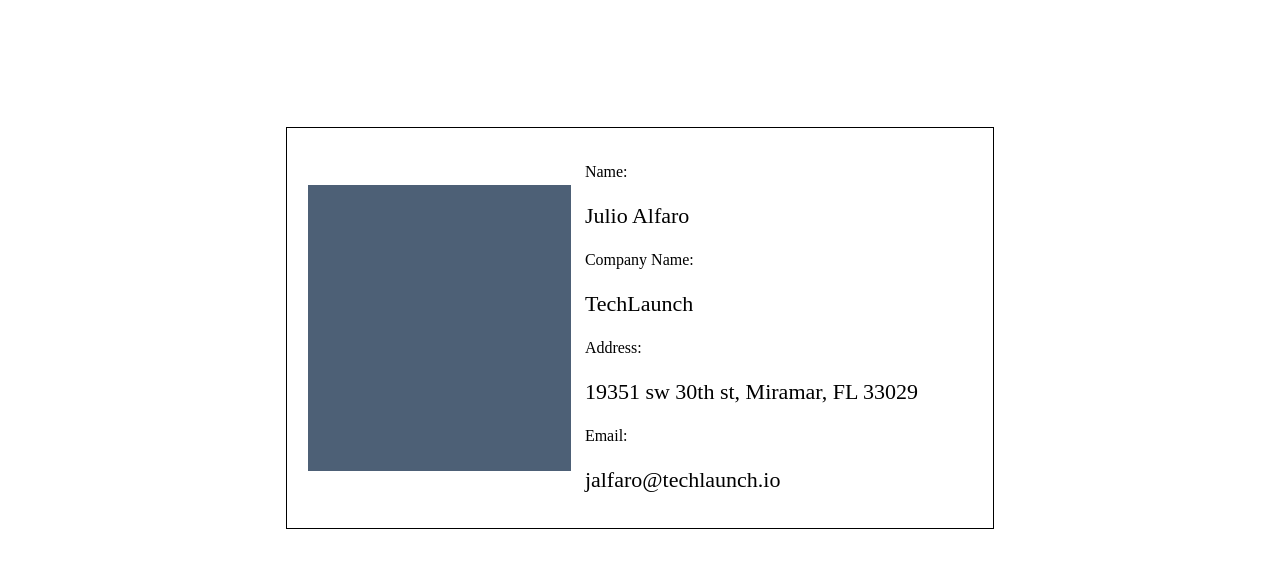
Repository: Juliolikescoding/WEB1100_invoice_app
Page: index.html
The author's editor kept a copy of each file at every save. The page is drawn from the files as they stood at one save, then again after the next save.
The browser window is 1280 px wide. The pictures show the whole page.
Some web fonts or font styles are not loaded; a fallback is used.

Above is the page before, as saved 2018-05-16 22:24:11.

### index.html
<!DOCTYPE html>
<html lang="es">
<head>
    <meta charset="UTF-8">
    <meta name="viewport" content="width=device-width, initial-scale=1.0">
    <meta http-equiv="X-UA-Compatible" content="ie=edge">
    <link href="https://fonts.googleapis.com/css?family=Nobile" rel="stylesheet">
    <title>Invoice App</title>
    <style>
        body{
            margin: 10% 4% 4% 4%;
        }
        .userContainer{
            display: flex;
            height: 25em;
            align-items: center;
            justify-content: center;
        }
        .invoiceContainer{
            margin-top: 4em;
            display: flex;
            flex-wrap: wrap;
            width:100%;
            height: auto;
        }
        .userProfile{
            border: 1px solid black;
            display: flex;
            width: 60%;
            height: 100%;
        }
        .user{
            height: auto;
        }
        #picContainer{
            width: 40%;
            margin: 8% 0% 8% 3%;
            background-color: #4D6076;
        }
        #infoContainer{
            margin: 5% 2% 2% 2%;
            width: 60%;
            font-family: Nobile;
	        font-size: 16px;
        }
        p{
            font-size: 22px;
        }
        img{
            position: relative;
            width: 100%;
            height: 100%;
        }
        .invoice{
            border: 1px solid black;
            margin: 6% 3% 0% 3%;
            padding: 2%;
            width: 250px;
            height: auto;

        }
        .invoice > p{
            position: relative;
            margin: 5px;
            left: 25%;
            font-size: 18px;
        }
    </style>
</head>
<body>
     <div class="userContainer">
         <div class="userProfile">
             <div class="user" id="picContainer"></div>
             <div class="user" id="infoContainer">
                 Name:
                 <p class="name"></p>
                 Company Name:
                 <p class="companyName"></p>
                 Address:
                 <p class="address"></p>
                 Email:
                 <p class="email"></p>
             </div>
         </div>
     </div>
    <script>
        //Fake it til you make it Database
        var user = {
            name:"Julio Alfaro" ,
            companyName:"TechLaunch" ,
            address: "19351 sw 30th st, Miramar, FL 33029",
            email:"jalfaro@techlaunch.io" ,
            picture: ""
        }

        // var invoices = [
        //     {
        //         inv_id: "0156321",
        //         companyName: user.companyName,
        //         date: "9/7/2017",
        //         order: "Dell Computers",
        //         amount: 3,
        //         cost: 3457.67,
        //         paid: 3457.67
        //     },
        //     {
        //         inv_id: "0145632",
        //         companyName: user.companyName,
        //         date: "1/5/2017",
        //         order: "HP Printers",
        //         amount: 2,
        //         cost: 248.00,
        //         paid: 150.00
        //     },
        //     {
        //         inv_id: "0132110",
        //         companyName: user.companyName,
        //         date: "6/14/2016",
        //         order: "Marketing Coffee Mugs",
        //         amount: 160,
        //         cost: 414.00,
        //         paid: 414.00
        //     }

        // ]


        // //element selectors
        document.querySelector(".name").textContent = user.name
        document.querySelector(".companyName").textContent = user.companyName
        document.querySelector(".address").textContent = user.address
        document.querySelector(".email").textContent = user.email
        // //adding invoices
        // for(var i=0; i<invoices.length; i++){
        //     document.querySelector('.invoiceContainer').innerHTML += `
        //     <div class="invoice" id=${invoices[i].inv_id}>
        //         Invoice #:   <br/>
        //         <p>${} </p>
        //         Company Name:   <br />
        //         <p>${} </p>
        //         Date:  <br />
        //         <p> ${} </p>
        //         Order:  <br />
        //         <p>${} </p>
        //         Amount:   <br />
        //         <p>${} </p>
        //         Cost:       <br />
        //         <p>$${} </p>
        //         Paid:       <br />
        //         <p> $${} </p>
        //         Owed:        <br />
        //         <p>$${} </p>
        //     </div>
        //     `
        // }


    </script>
</body>
</html>

After the next save:
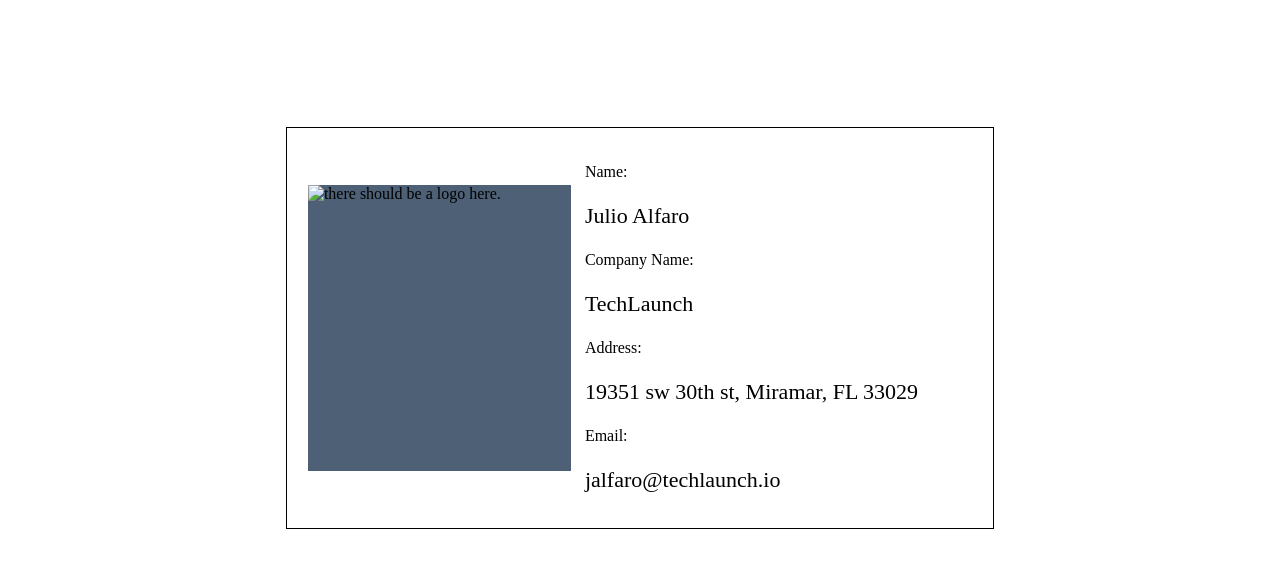
Saved 19 h 47 min later.
--- a/index.html
+++ b/index.html
@@ -70,7 +70,9 @@
 <body>
      <div class="userContainer">
          <div class="userProfile">
-             <div class="user" id="picContainer"></div>
+             <div class="user" id="picContainer">
+                 <img  " alt="there should be a logo here.">
+             </div>
              <div class="user" id="infoContainer">
                  Name:
                  <p class="name"></p>
@@ -90,7 +92,7 @@
             companyName:"TechLaunch" ,
             address: "19351 sw 30th st, Miramar, FL 33029",
             email:"jalfaro@techlaunch.io" ,
-            picture: ""
+            picture: "profile.png"
         }
 
         // var invoices = [
